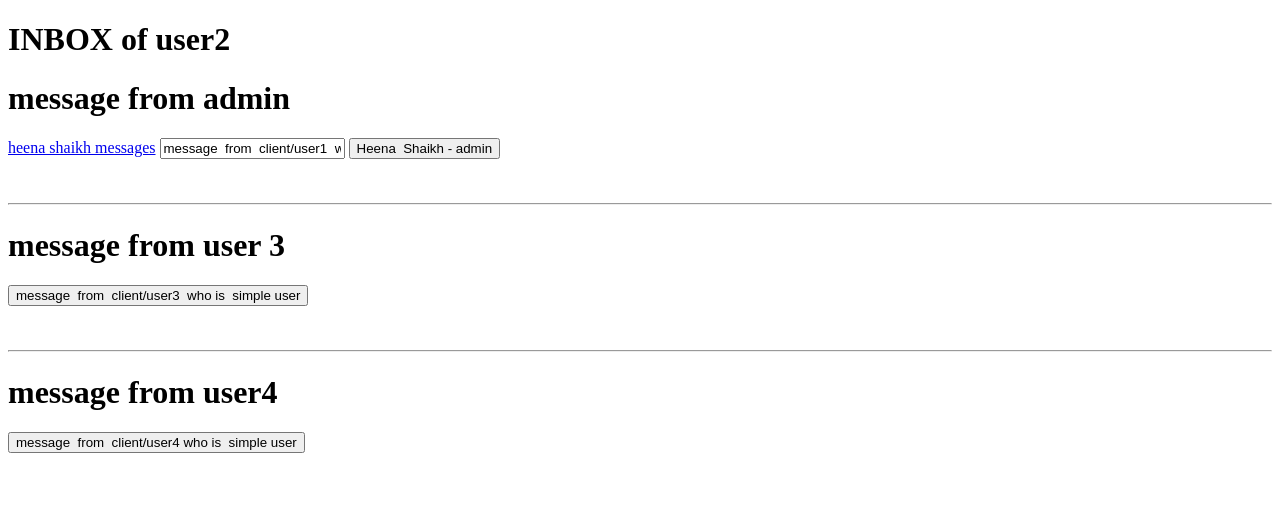
Repository: heenasalim/Java_Script
Page: Simplehtmldemo/WebContent/FBUSER2.html
The author's editor kept a copy of each file at every save. The page is drawn from the files as they stood at one save, then again after the next save.
The browser window is 1280 px wide. The pictures show the whole page.

Above is the page before, as saved 2015-10-12 11:48:32.

### Simplehtmldemo/WebContent/FBUSER2.html
<!DOCTYPE html PUBLIC "-//W3C//DTD HTML 4.01 Transitional//EN" "http://www.w3.org/TR/html4/loose.dtd">
<html>
<head>
<meta http-equiv="Content-Type" content="text/html; charset=ISO-8859-1">
<title>Insert title here</title>
</head>
<body>
<H1>INBOX  of  user2</H1>
<h1>message  from  admin</h1>
<a href="heena  shaikh">heena  shaikh  messages</a>
<input type="text"   name="mesg" value="message  from  client/user1  who is  admin  user">
<input type="submit"    id="heena"  name="heena" value="Heena  Shaikh - admin" />
<br/>
<br/>
<br/>
<hr/>
<h1>message  from user 3</h1>
<input type="submit"  value="message  from  client/user3  who is  simple user">
<br/><br/><br/>
<hr/>
<h1>message  from  user4</h1>
<input type="submit"  value="message  from  client/user4 who is  simple user">
</body>
</html>

After the next save:
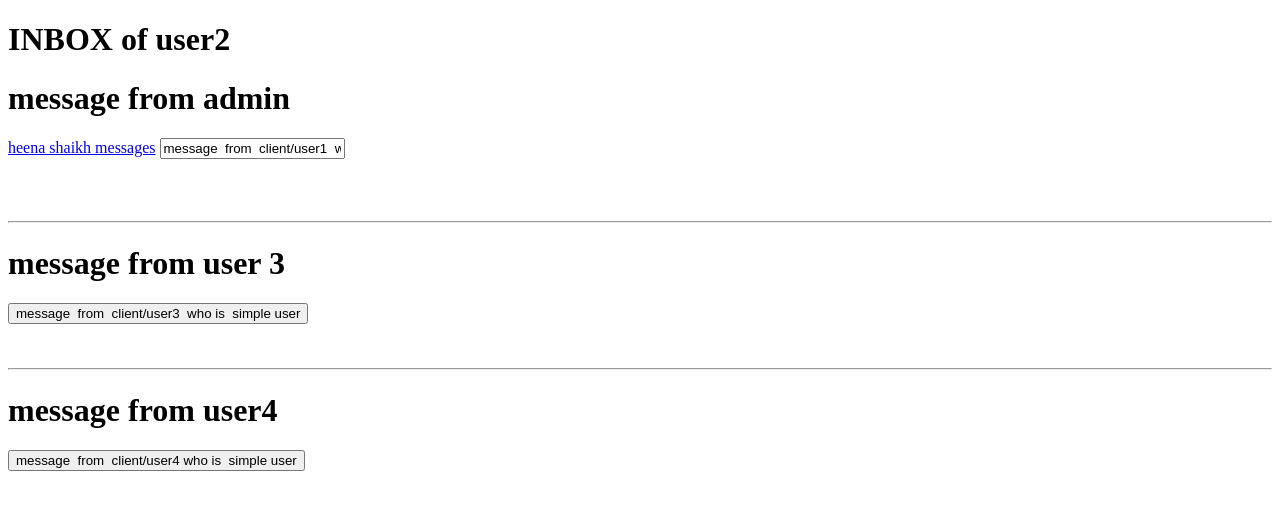
Saved 56 s later.
--- a/Simplehtmldemo/WebContent/FBUSER2.html
+++ b/Simplehtmldemo/WebContent/FBUSER2.html
@@ -9,6 +9,7 @@
 <h1>message  from  admin</h1>
 <a href="heena  shaikh">heena  shaikh  messages</a>
 <input type="text"   name="mesg" value="message  from  client/user1  who is  admin  user">
+<form  action="Message2Servlet"
 <input type="submit"    id="heena"  name="heena" value="Heena  Shaikh - admin" />
 <br/>
 <br/>
